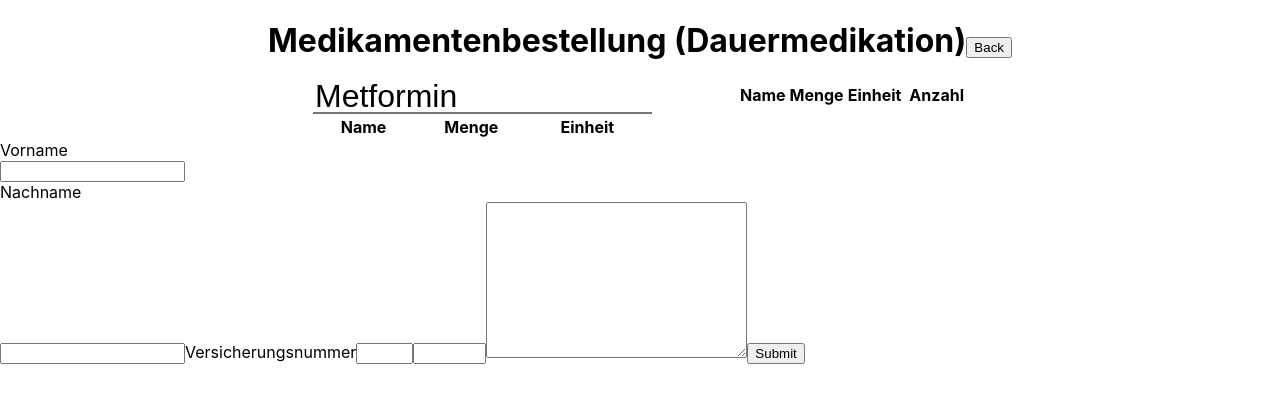
Repository: Esatollah/MedDemo
Page: / (app in client/)
The author's editor kept a copy of each file at every save. The page is drawn from the files as they stood at one save, then again after the next save.
The browser window is 1280 px wide. The pictures show the whole page.
The page's requests for data from a server got no answer. The project was rebuilt for these pictures with package versions that can differ from the ones it lists, and the page was loaded fresh each time. No one was signed in, and anything a server would have sent is missing. Also part of the build but not shown: client/src/App.css, client/src/Routes/Bestellungen.jsx.

Above is the page before, as saved 2022-06-08 16:29:58.

### client/src/App.js
import './App.css';
import SearchBar from './Routes/Search';
import {BrowserRouter, Routes, Route} from 'react-router-dom'
import Bestellungen from './Routes/Bestellungen';
import ReactModal from 'react-modal';

ReactModal.setAppElement('#root')
function App() {
  return (
    <BrowserRouter>
    <Routes>
      <Route path='/' element={<div><SearchBar/></div>}/>
      <Route path='/bestellungen' element={<div><Bestellungen/></div>}/>
    </Routes>
    </BrowserRouter>
  );
}

export default App;

### client/src/Routes/Search.jsx
import React, { useState, useEffect } from 'react'
import DrugAPI from '../api/DrugAPI';
import Form from '../components/Form';
import './Search.css'


const Search = () => {

  const [searchinput, setSearchinput] = useState("Metformin");
  const [drugs, setDrugs] = useState([]);
  const [cartitems, setCartitems] = useState([]);

  // add loading screen, maybe with loading while drugs empty
  useEffect(() => {
    const fetchData = async () => {
      try {
        const result = await DrugAPI.get(`/?drugsearch=${searchinput}`)
        setDrugs(result.data.meds)
      } catch (err) {
        console.error(err);
      }
    }

    fetchData();

  }, [searchinput])

  const handleDrugClick = (e, x) => {
    const is_in_cart = cartitems.some(y => {
      if (y.id === x.id) {
        return true;
      }

      return false;
    })

    if (is_in_cart) {
      return
    }
    let temp = { ...x, anzahl: "1" }
    setCartitems([...cartitems, temp]);
  }

  const handleDelete = (e, x, index) => {
    let temp = [...cartitems]

    temp.splice(index, 1);

    setCartitems(temp);
  }

  const handleCountchange = (e, x, index) => {
    let temps = [...cartitems]
    let temp = {
      ...temps[index],
      anzahl: e.target.value
    }
    temps[index] = temp
    setCartitems(temps);

  }


  return (
    <>
      <h1>Medikamentenbestellung (Dauermedikation)<a href='/bestellungen'><button >Back</button></a></h1>
      <div className='order-box'>
        <div className='search-box'>
          <input type="search" placeholder="Suche" id="search" value={searchinput} onChange={e => setSearchinput(e.target.value)} />
          <div className='table-box'>
            <table className='drugtable'>
              <thead>
                <tr>
                  <th scope='col'>
                    Name
                  </th>
                  <th scope='col'>Menge</th>
                  <th scope='col'>Einheit</th>
                  <th scope='col'></th>
                </tr>
              </thead>
              <tbody>
                {drugs && drugs.map((x) => {
                  return (
                    <tr key={x.id} className="drug-row" >
                      <td className={x.name}>{x.name}</td>
                      <td>{x.menge}</td>
                      <td>{x.mengenart}</td>
                      <td><button onClick={(e) => { handleDrugClick(e, x) }}>+</ button></td>
                    </tr>
                  )
                })}
              </tbody>

            </table>
          </div>
        </div>

        <div>
          <table>
            <thead>
              <tr>
                <th scope='col'>
                  Name
                </th>
                <th scope='col'>Menge</th>
                <th scope='col'>Einheit</th>
                <th scope='col'></th>
                <th scope='col'>Anzahl</th>
              </tr>
            </thead>
            <tbody>
              {cartitems && cartitems.map((x, index) => {
                if (x.abgabezahl) {
                  return (
                    <tr key={index} className="drug-row" >
                      <td>{x.name}</td>
                      <td>{x.menge}</td>
                      <td>{x.mengenart}</td>
                      <td><button onClick={(e) => handleDelete(e, x, index)}>-</button></td>
                      <td><select onChange={(e) => { handleCountchange(e, x, index) }}><option value="1">1</option><option value="2">2</option></select></td>
                    </tr>
                  )
                }
                return (
                  <tr key={index} className="drug-row" >
                    <td>{x.name}</td>
                    <td>{x.menge}</td>
                    <td>{x.mengenart}</td>
                    <td><button onClick={(e) => handleDelete(e, x, index)}>-</button></td>
                    <td>1</td>
                  </tr>
                )
              })}
            </tbody>
          </ table>
        </div>
      </div>

      <Form cartitems={cartitems} setCartitems={setCartitems} />
    </>
  )
}

export default Search

### client/src/api/DrugAPI.js
import axios from 'axios'

export default axios.create({
    baseURL: "http://localhost:5000/api"
})

### client/src/components/Form.jsx
import React, {useState}from 'react'
import DrugAPI from '../api/DrugAPI'

const Form = props => {

    const [fname, setFname] = useState('');
    const [lname, setLname] = useState('');
    const [vpin, setVpin] = useState('');
    const [vbday, setVbday] = useState('');
    const [anmerkungen, setAnmerkungen] = useState('');

    const handleSubmit = (e) => {

        e.preventDefault();
        const formdata = {
            fname,
            lname,
            vpin,
            vbday,
            anmerkungen
        }

        const fetchData = async () =>{
            try {
            await DrugAPI.post("/", {drugs:{...props.cartitems}, ...formdata})
            } catch (error) {
                console.error(error);
            }
    }

    fetchData();

    setFname('');setLname('');setVpin('');setVbday('');setAnmerkungen('');
    props.setCartitems([]);

}


  return (
    <div>
        <form onSubmit={(e) =>handleSubmit(e)}>
            <label htmlFor="fname">Vorname</label><br/>
            <input type="text" value={fname} id="fname" name="fname" onChange={(e)=> setFname(e.target.value)}required/><br/>
            <label htmlFor="lname">Nachname</label><br />
            <input type="text" id="lname" value={lname} onChange={(e) => setLname(e.target.value)}name="lname" required />
            <label htmlFor="pin">Versicherungsnummer</label>
            <input type="text" id="pin" value={vpin} onChange={(e) => setVpin(e.target.value)} name="pin" size="4" minLength="4"maxLength="4" required/>
            <input type="text" id="bday" value={vbday} onChange={(e) => setVbday(e.target.value)} name="bday" size="6" minLength={6} maxLength={6} required/>
            <textarea value={anmerkungen} onChange={(e) => setAnmerkungen(e.target.value)} name="message" rows="10" cols="30">
            </textarea>
            <input type="submit" value="Submit" ></input><br />
        </form>
    </div>

  )
}

export default Form

### client/src/Routes/Search.css
#search {
    width:80%;
    height: 2rem;
    outline:none;
    border-top: hidden;
    border-right: hidden;
    border-left: hidden;
    font-size: 2rem;
}

.table-box {
    max-height: 200px;
    max-width: 80%;
    min-width:80%;
    overflow-y: auto;
}

h1 {
    display:flex;
    justify-content: center;
}

.order-box {
    display: flex;
    justify-content: center;
}

.search-box {
    max-width:50%;
}

.drug-row:hover {
    background-color: beige;
}

.drugtable {
    min-width:100%
}

Loaded but not shown: client/public/index.html (common file); client/src/index.js (common file); client/src/index.css (common file)

After the next save:
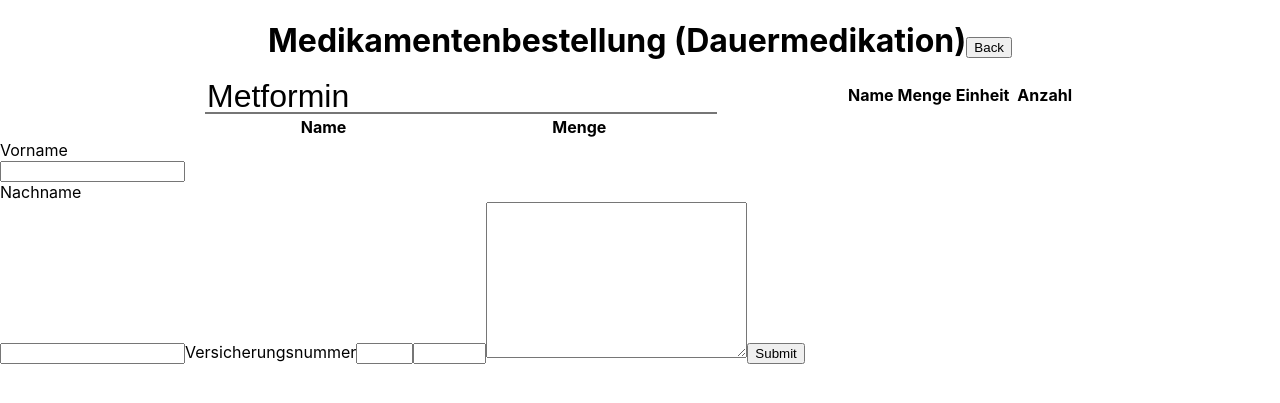
Saved 50 s later.
--- a/client/src/Routes/Search.css
+++ b/client/src/Routes/Search.css
@@ -34,5 +34,5 @@
 }
 
 .drugtable {
-    min-width:100%
+    width: 800px;
 }

After the save that followed:
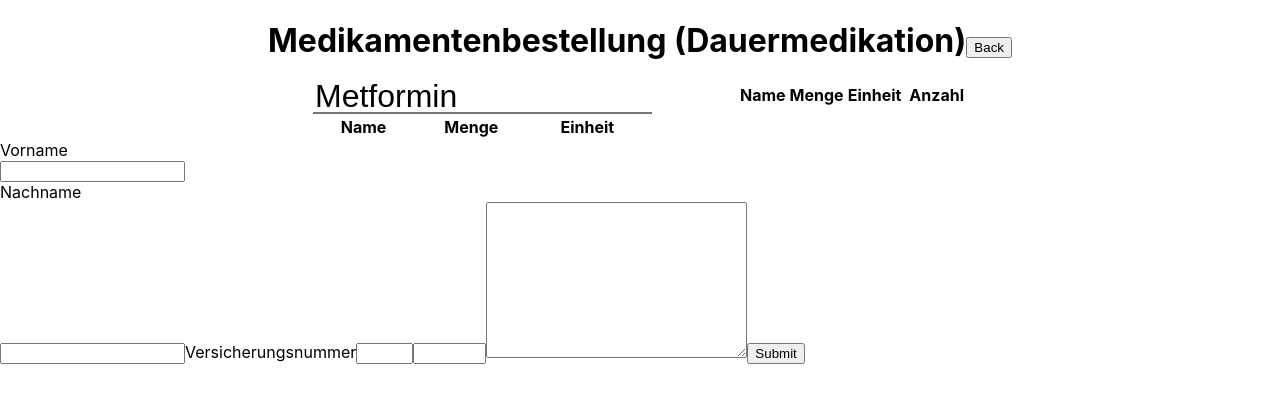
Saved 43 s later.
--- a/client/src/Routes/Search.css
+++ b/client/src/Routes/Search.css
@@ -34,5 +34,5 @@
 }
 
 .drugtable {
-    width: 800px;
+    width: 100%;
 }
